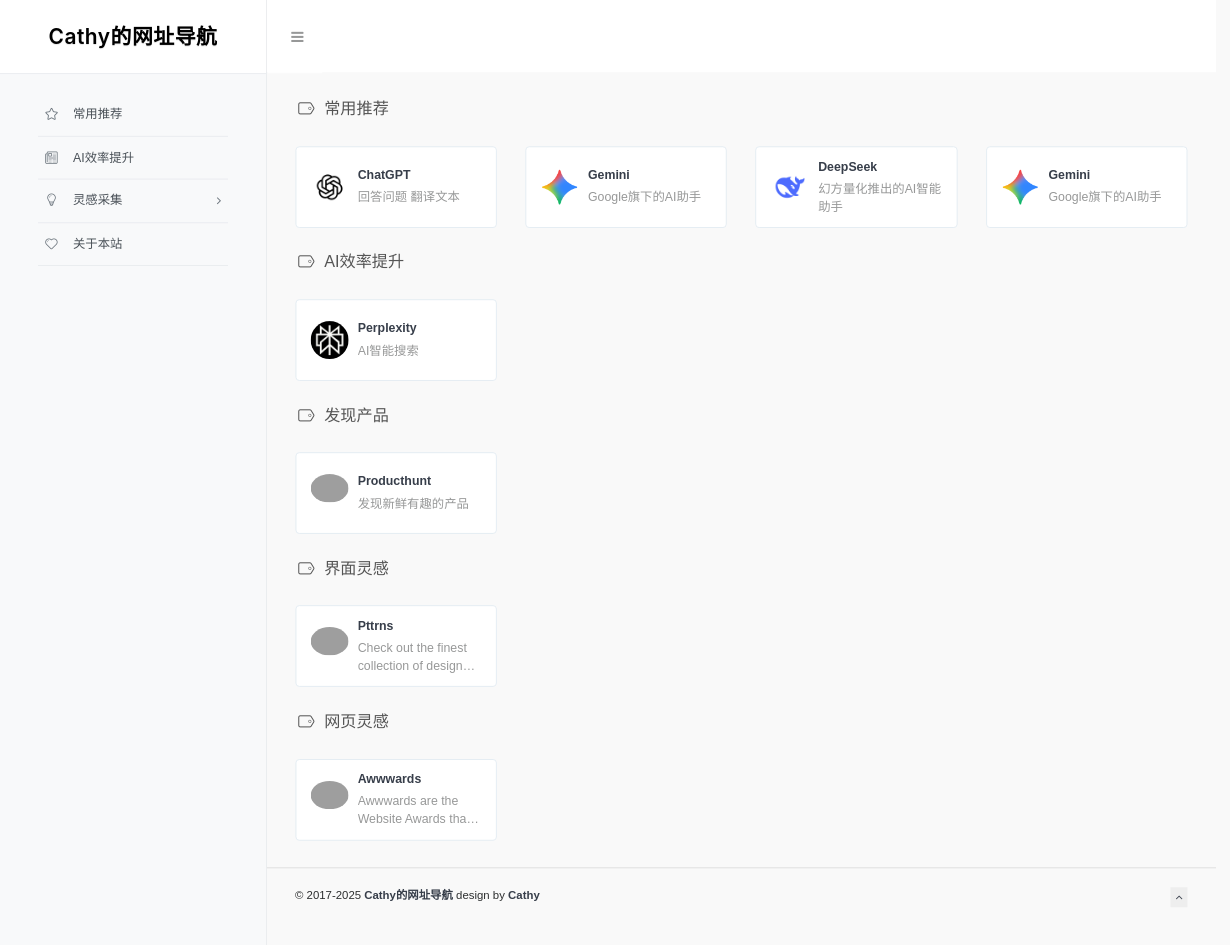
Repository: SweetPomelo0/AINav
Page: cn/index.html
These files come from the project's save history. The page is drawn as it stood at one moment and after the next save; the edit follows.
The browser window is 1280 px wide. The page is 1280 px wide, then 1295 px, so the pictures cover 1295 px, including what lies to the right of the window. The pictures show the whole page, at 95% of full size.
Pictures or frames that could not be fetched are drawn as grey boxes.

Above is the page before, as saved 2025-07-24 23:11:26.

After the next save:
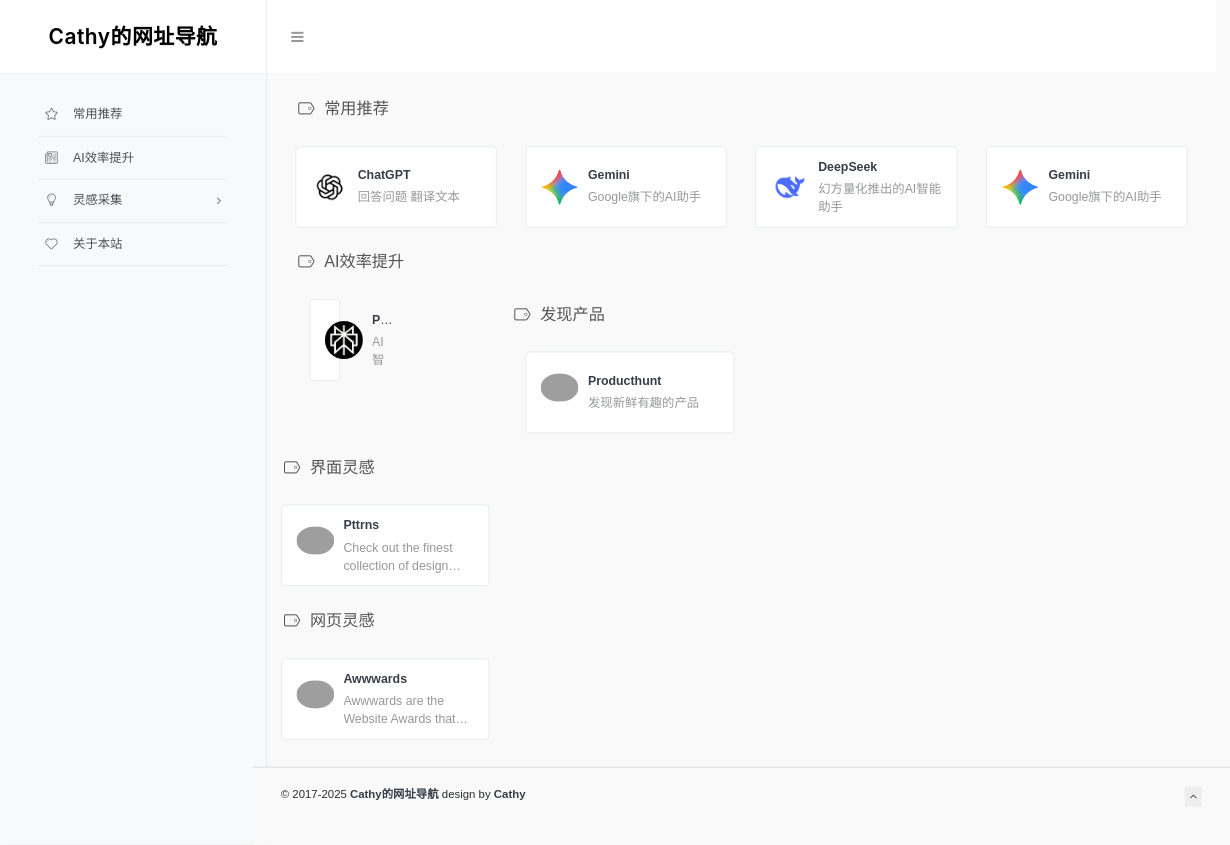
Saved 71 s later.
--- a/cn/index.html
+++ b/cn/index.html
@@ -363,33 +363,24 @@
         </h4>
         <div class="row">
           <div class="col-sm-3">
-            <div
-              class="xe-widget xe-conversations box2 label-info"
-              onclick="window.open('https://www.perplexity.ai/', '_blank')"
-              data-toggle="tooltip"
-              data-placement="bottom"
-              title=""
-              data-original-title="https://www.perplexity.ai/"
-            >
-              <div class="xe-comment-entry">
-                <a class="xe-user-img">
-                  <img
-                    data-src="../assets/images/logos/perplexity.png"
-                    class="lozad img-circle"
-                    width="40"
-                  />
-                </a>
-                <div class="xe-comment">
-                  <a href="#" class="xe-user-name overflowClip_1">
-                    <strong>Perplexity</strong>
-                  </a>
-                  <p class="overflowClip_2">
-                    AI智能搜索
-                  </p>
-                </div>
-              </div>
-            </div>
-          </div>
+            <!-- Perplexity -->
+             <div class="col-sm-3">
+                    <div class="xe-widget xe-conversations box2 label-info" onclick="window.open('https://www.perplexity.ai/', '_blank')" data-toggle="tooltip" data-placement="bottom" title="" data-original-title="https://www.perplexity.ai/">
+                        <div class="xe-comment-entry">
+                            <a class="xe-user-img">
+                                <img data-src="../assets/images/logos/perplexity.png" class="lozad img-circle" width="40">
+                            </a>
+                            <div class="xe-comment">
+                                <a href="#" class="xe-user-name overflowClip_1">
+                                    <strong> Perplexity</strong>
+                                </a>
+                                <p class="overflowClip_2">AI智能搜索</p>
+                            </div>
+                        </div>
+                    </div>
+                </div>
+
+
         </div>
 
         <br />
